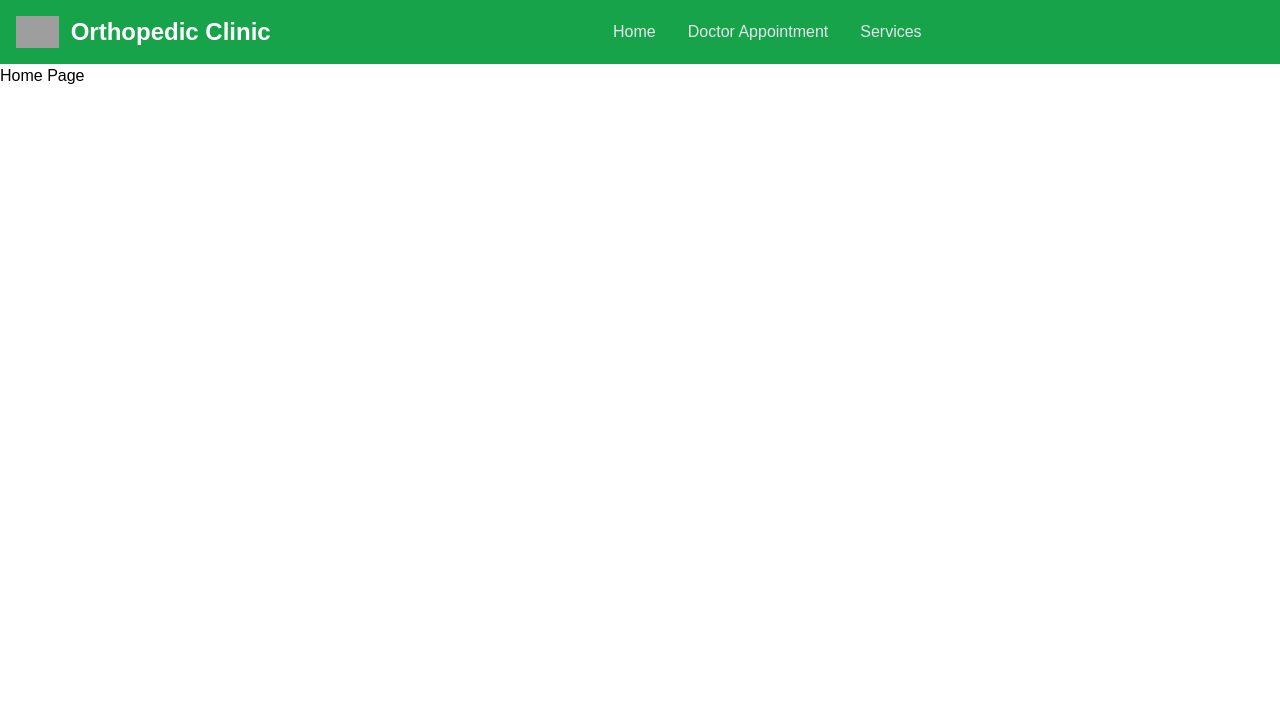
Repository: countaustin1990/file-C-Users-user-Documents-Final-20Cart
Page: / (app in Documents/BXXXN/my-app/)
An editor plug-in stored every save of this project. The page is shown before and after the next save, followed by the edit.
The browser window is 1280 px wide. The pictures show the whole page.
Pictures or frames that could not be fetched are drawn as grey boxes. The project was rebuilt for these pictures with package versions that can differ from the ones it lists, and the page was loaded fresh each time. Also part of the build but not shown: Documents/BXXXN/my-app/vite.config.js.

Above is the page before, as saved 2024-10-20 20:58:34.

After the next save:
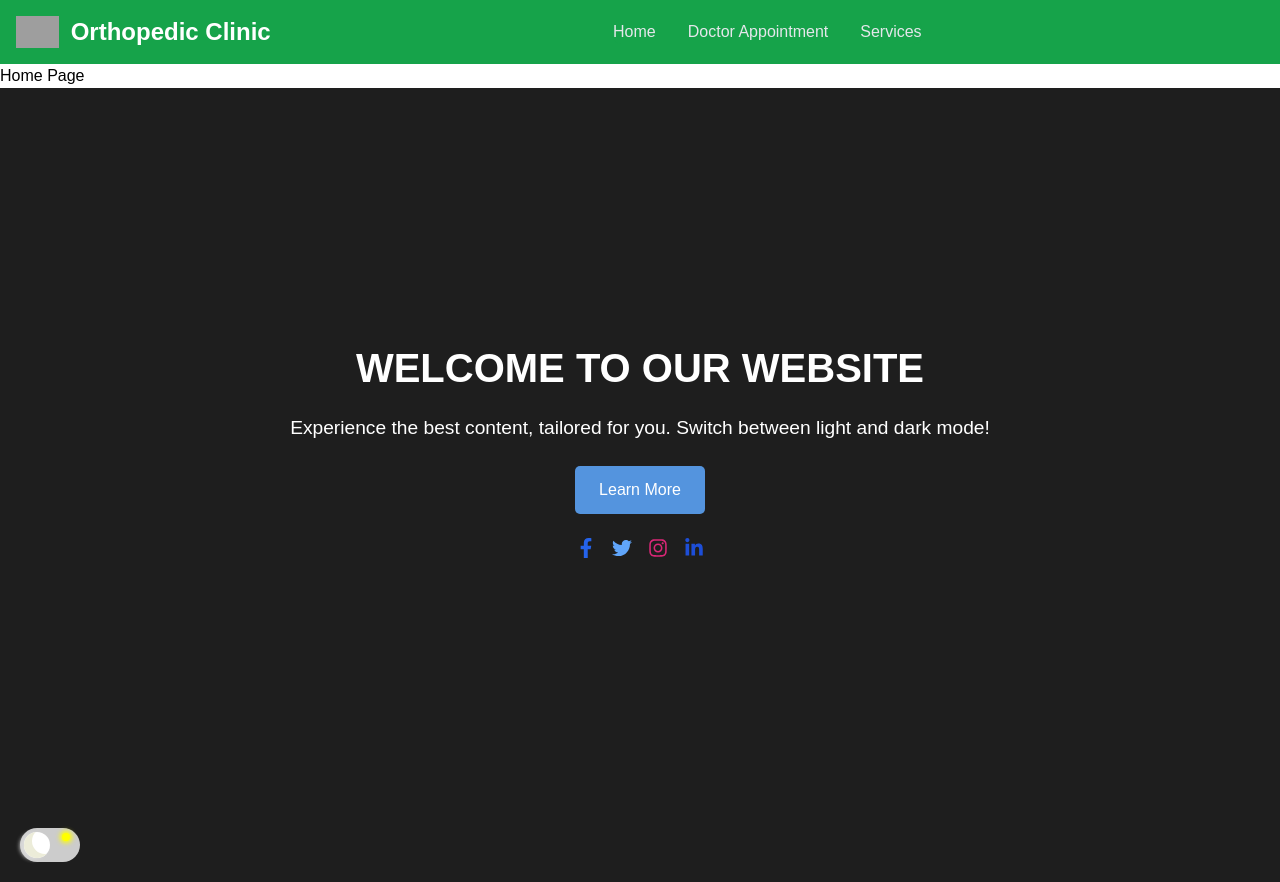
Saved 114 s later.
--- a/Documents/BXXXN/my-app/src/App.jsx
+++ b/Documents/BXXXN/my-app/src/App.jsx
@@ -11,6 +11,7 @@ const App = () => {
         <Route path="/folder" element={<Folder />} />
         {/* Add more routes as needed */}
       </Routes>
+      <Folder/>
     </Router>
   );
 };
